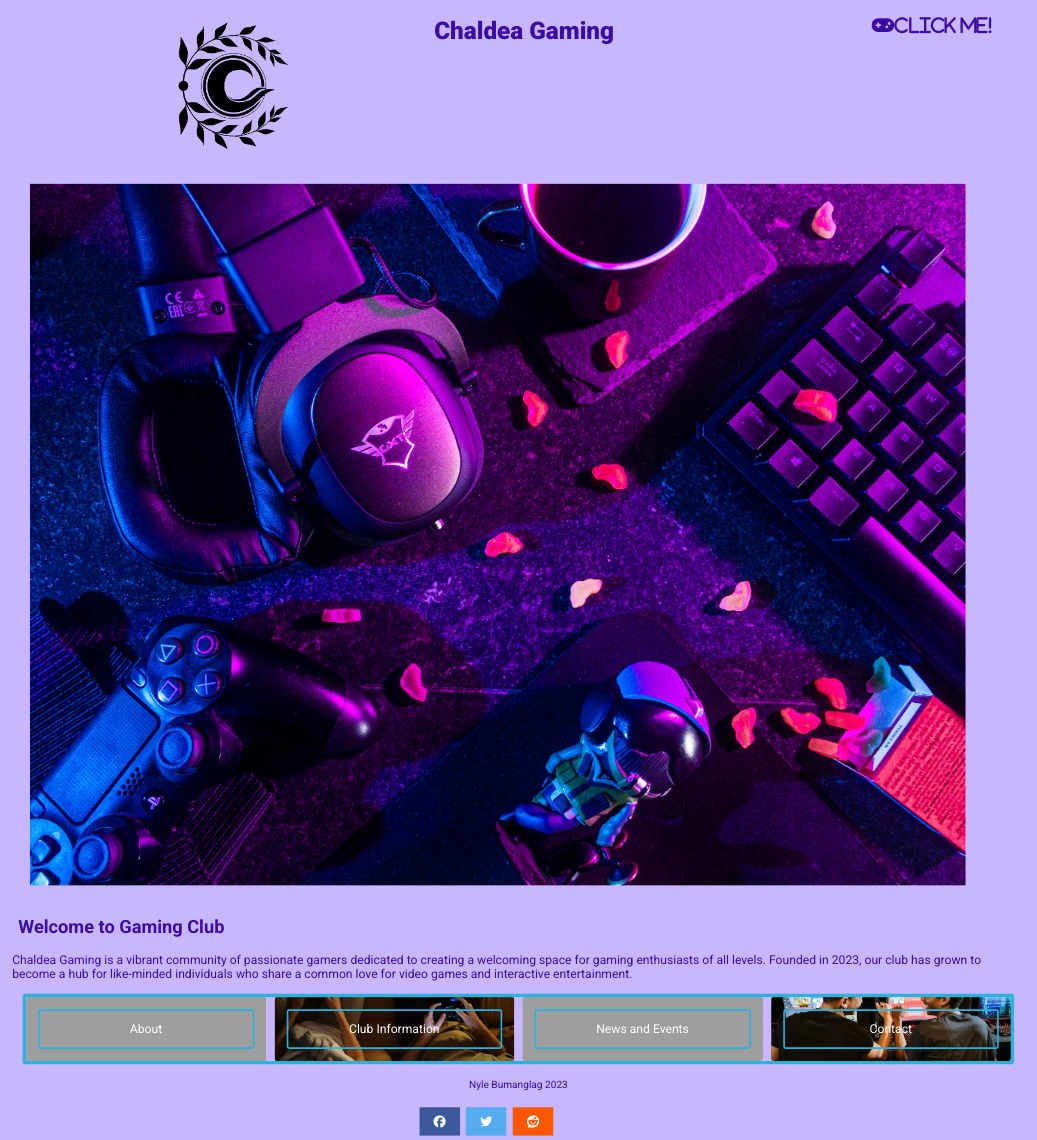
Repository: NyleNC/School-Projects
Page: Hmtl and CSS project/Index.html
An editor plug-in stored every save of this project. The page is shown before and after the next save, followed by the edit.
The browser window is 1280 px wide. The pictures show the whole page, at 81% of full size.
Pictures or frames that could not be fetched are drawn as grey boxes. Some web libraries are served in a nearby version.

Above is the page before, as saved 2025-01-05 17:19:40.

After the next save:
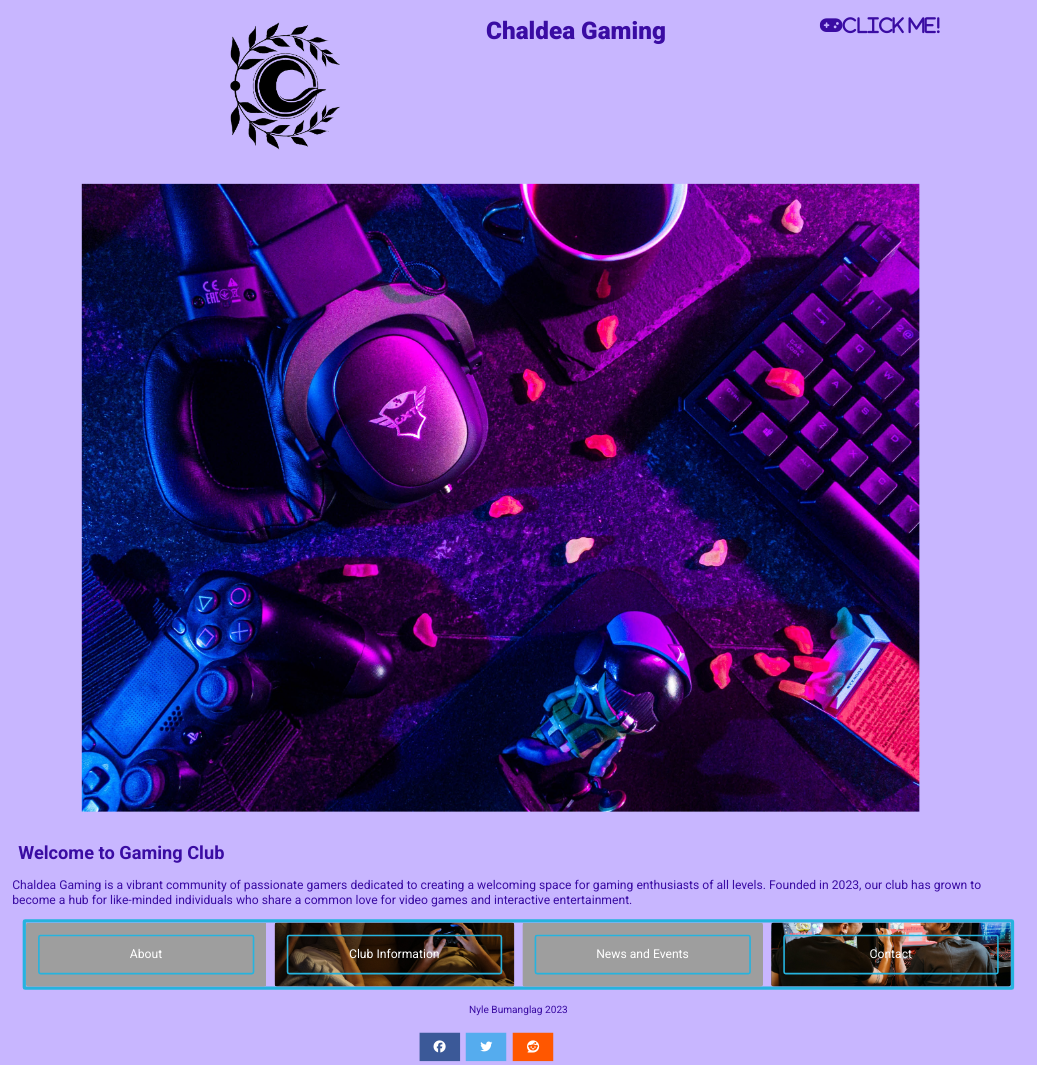
Saved 39 s later.
--- a/Hmtl and CSS project/Style.css
+++ b/Hmtl and CSS project/Style.css
@@ -185,7 +185,7 @@ legend {
     border-radius:3px;
 }
 .header-con{
-    width: 95%;
+    width: 85%;
     height: auto;
     margin: 0 auto;
 }
